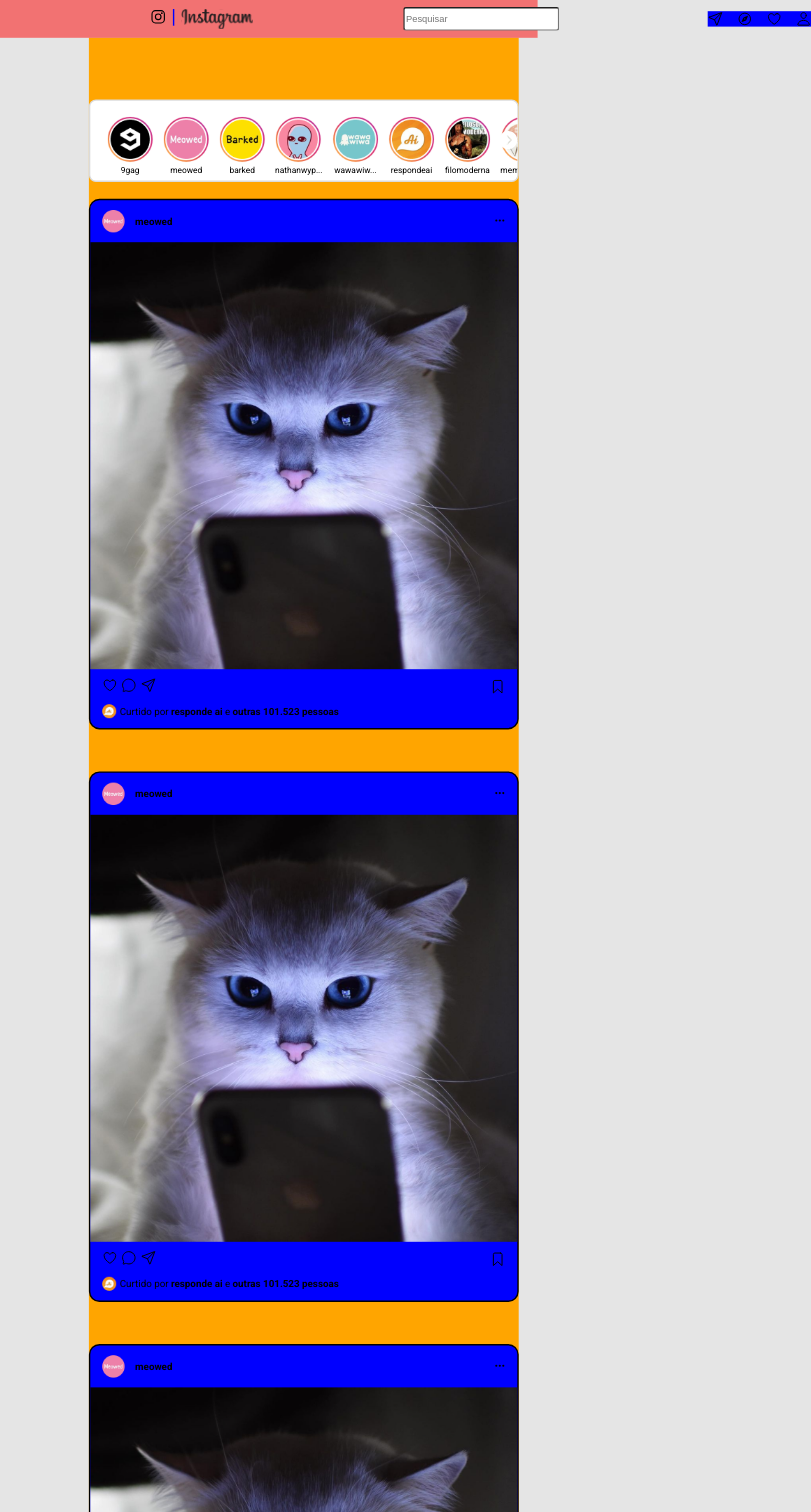
Repository: Zezinoo/proj-2-instagram-clone
Page: index.html
An editor plug-in stored every save of this project. The page is shown before and after the next save, followed by the edit.
The browser window is 768 px wide. The page is 1159 px wide, so the pictures cover 1159 px, including what lies to the right of the window. The pictures show the part of the page from y = 0 to 2160 px (the page is 2738 px tall), at 70% of full size.
Some web libraries are served in a nearby version.

Above is the page before, as saved 2022-06-05 03:31:21.

### index.html
<!DOCTYPE html>
<html lang="en">
<head>
    <meta charset="UTF-8">
    <meta http-equiv="X-UA-Compatible" content="IE=edge">
    <meta name="viewport" content="width=device-width, initial-scale=1.0">
    <link rel="stylesheet" href="reset.css">
    <link rel="stylesheet" href="style.css">
    <link rel="preconnect" href="https://fonts.googleapis.com">
    <link rel="preconnect" href="https://fonts.gstatic.com" crossorigin>
    <link href="https://fonts.googleapis.com/css2?family=Encode+Sans:wght@100;200;300;400;500;600;700&family=Roboto:ital,wght@0,100;0,300;0,400;0,500;0,700;1,100;1,300;1,400;1,500&display=swap" rel="stylesheet">
    <title>Instagram</title>
</head>
<body>
<div class="top">
    <div class = "align-top">
        <div class = "logo">
            <ion-icon name="logo-instagram" style="font-size:22px"></ion-icon>
        <div class="vertical-line"></div>
            <img src="./imgs/logo 1.svg" alt="">
    </div>
        <div class="search-bar">
            <input type="text" placeholder="Pesquisar">
        </div>
    <div class="top-icons">
        <ion-icon name="paper-plane-outline"></ion-icon>
        <ion-icon name="compass-outline"></ion-icon>
        <ion-icon name="heart-outline"></ion-icon>
        <ion-icon name="person-outline"></ion-icon>
    </div>
    </div>
</div>
<div class="feed">
    <div class="content">
        <div class="stories">
            <div class="story">
                <img src="./imgs/stories_background 3.png" alt="">
                <div class="user-logo">
                    <img src="./imgs/9gag 1.png" alt="">
                </div>
                <div class="user-name">
                    9gag
                </div>
            </div>
            <div class="story">
                <img src="./imgs/stories_background 3.png" alt="">
                <div class="user-logo">
                    <img src="./imgs/meowed 1.png" alt="">
                </div>
                <div class="user-name">
                    meowed
                </div>
            </div>
            <div class="story">
                <img src="./imgs/stories_background 3.png" alt="">
                <div class="user-logo">
                    <img src="./imgs/barked 1.png" alt="">
                </div>
                <div class="user-name">
                    barked
                </div>
            </div>
            <div class="story">
                <img src="./imgs/stories_background 3.png" alt="">
                <div class="user-logo">
                    <img src="./imgs/nathanwpylestrangeplanet 1.png" alt="">
                </div>
                <div class="user-name">
                    nathanwyp...
                </div>
            </div>
            <div class="story">
                <img src="./imgs/stories_background 3.png" alt="">
                <div class="user-logo">
                    <img src="./imgs/wawawiwacomicsa 1.png" alt="">
                </div>
                <div class="user-name">
                    wawawiw...
                </div>
            </div>
            <div class="story">
                <img src="./imgs/stories_background 3.png" alt="">
                <div class="user-logo">
                    <img src="./imgs/respondeai 1.png" alt="">
                </div>
                <div class="user-name">
                    respondeai
                </div>
            </div>
            <div class="story">
                <img src="./imgs/stories_background 3.png" alt="">
                <div class="user-logo">
                    <img src="./imgs/filomoderna 1.png" alt="">
                </div>
                <div class="user-name">
                    filomoderna
                </div>
            </div>
            <div class="story">
                <img src="./imgs/stories_background 3.png" alt="">
                <div class="user-logo">
                    <img src="./imgs/memeriagourmet 1.png" alt="">
                </div>
                <div class="user-name">
                    memeriagourmet
                </div>
                <div class="arrow">
                    <ion-icon name="chevron-forward-circle"></ion-icon>
                </div>
            </div>
        </div>
        <div class="post">
            <div class="info">
                <div class="op">
                    <img src="./imgs/meowed 2.png" alt="">
                    <div class="op-name">
                    meowed
                    </div>
                </div>
                <div class="dots">
                    <ion-icon name="ellipsis-horizontal"></ion-icon>
                </div>
            </div>
            <img src="./imgs/gato-telefone 1.png" alt="">
            <div class="bottom">
                <div class="post-icons">
                    <div class="left-icons">
                        <ion-icon name="heart-outline"></ion-icon>
                        <ion-icon name="chatbubble-outline"></ion-icon>
                        <ion-icon name="paper-plane-outline"></ion-icon>
                    </div>
                    <ion-icon name="bookmark-outline"></ion-icon>
                </div>
                <div class="comments">
                    <div class="follow-image">
                        <img src="./imgs/respondeai 2.png" alt="">
                    </div>
                    <div class="comment-message">
                        <p>Curtido por <strong>responde ai</strong> e <strong>outras 101.523 pessoas</strong></p>
                    </div>
                </div>
            </div>
        </div>
        <div class="post">
            <div class="info">
                <div class="op">
                    <img src="./imgs/meowed 2.png" alt="">
                    <div class="op-name">
                    meowed
                    </div>
                </div>
                <div class="dots">
                    <ion-icon name="ellipsis-horizontal"></ion-icon>
                </div>
            </div>
            <img src="./imgs/gato-telefone 1.png" alt="">
            <div class="bottom">
                <div class="post-icons">
                    <div class="left-icons">
                        <ion-icon name="heart-outline"></ion-icon>
                        <ion-icon name="chatbubble-outline"></ion-icon>
                        <ion-icon name="paper-plane-outline"></ion-icon>
                    </div>
                    <ion-icon name="bookmark-outline"></ion-icon>
                </div>
                <div class="comments">
                    <div class="follow-image">
                        <img src="./imgs/respondeai 2.png" alt="">
                    </div>
                    <div class="comment-message">
                        <p>Curtido por <strong>responde ai</strong> e <strong>outras 101.523 pessoas</strong></p>
                    </div>
                </div>
            </div>
        </div>
        <div class="post">
            <div class="info">
                <div class="op">
                    <img src="./imgs/meowed 2.png" alt="">
                    <div class="op-name">
                    meowed
                    </div>
                </div>
                <div class="dots">
                    <ion-icon name="ellipsis-horizontal"></ion-icon>
                </div>
            </div>
            <img src="./imgs/gato-telefone 1.png" alt="">
            <div class="bottom">
                <div class="post-icons">
                    <div class="left-icons">
                        <ion-icon name="heart-outline"></ion-icon>
                        <ion-icon name="chatbubble-outline"></ion-icon>
                        <ion-icon name="paper-plane-outline"></ion-icon>
                    </div>
                    <ion-icon name="bookmark-outline"></ion-icon>
                </div>
                <div class="comments">
                    <div class="follow-image">
                        <img src="./imgs/respondeai 2.png" alt="">
                    </div>
                    <div class="comment-message">
                        <p>Curtido por <strong>responde ai</strong> e <strong>outras 101.523 pessoas</strong></p>
                    </div>
                </div>
            </div>
        </div>
    </div>
    <div class="sidebar">
        <div class="user">
            <img src="./imgs/catanacomics 1.png" alt="">
            <div class="user-info">
                <div class="username">
                    catanacomics
                </div>
                <div class="name">
                    Catana
                </div>
            </div>
        </div>
        <div class="suggestion-text">
            <div class="recommended">
                Sugestões para voce
            </div>
            <div class="for-you">
                Ver tudo
            </div>
        </div>
        <div class="suggestion">
            <div class="suggestion-user">
                <img src="./imgs/badvibesmemes 1.png" alt="">
                <div class="user-info">
                    <div class="username">
                        bad.vibes.memes
                    </div>
                    <div class="name">
                        Segue você
                    </div>
                </div>
            </div>
            <div class="follow">
                Seguir
            </div>
        </div>
        <div class="suggestion">
            <div class="suggestion-user">
                <img src="./imgs/badvibesmemes 1.png" alt="">
                <div class="user-info">
                    <div class="username">
                        bad.vibes.memes
                    </div>
                    <div class="name">
                        Segue você
                    </div>
                </div>
            </div>
            <div class="follow">
                Seguir
            </div>
        </div>
        <div class="suggestion">
            <div class="suggestion-user">
                <img src="./imgs/badvibesmemes 1.png" alt="">
                <div class="user-info">
                    <div class="username">
                        bad.vibes.memes
                    </div>
                    <div class="name">
                        Segue você
                    </div>
                </div>
            </div>
            <div class="follow">
                Seguir
            </div>
        </div>
        <div class="suggestion">
            <div class="suggestion-user">
                <img src="./imgs/badvibesmemes 1.png" alt="">
                <div class="user-info">
                    <div class="username">
                        bad.vibes.memes
                    </div>
                    <div class="name">
                        Segue você
                    </div>
                </div>
            </div>
            <div class="follow">
                Seguir
            </div>
        </div>
        <div class="suggestion">
            <div class="suggestion-user">
                <img src="./imgs/badvibesmemes 1.png" alt="">
                <div class="user-info">
                    <div class="username">
                        bad.vibes.memes
                    </div>
                    <div class="name">
                        Segue você
                    </div>
                </div>
            </div>
            <div class="follow">
                Seguir
            </div>
        </div>
        <div class="help-text">
            <p>Sobre • Ajuda • Imprensa • API • Carreiras • Privacidade •
                Termos • Localizações • Contas mais relevantes • Hashtags •
                Idioma</p>
        </div>
        <div class="trademark">
            <p>© 2021 INSTAGRAM DO FACEBOOK</p>
        </div>
    </div>
</div>
<script src="https://unpkg.com/ionicons@5.4.0/dist/ionicons.js"></script>

</body>
</html>

### style.css

body{
    background-color: #e5e5e5;
    display: flex;
    flex-direction: column;
    align-items: center;
    justify-content: center;
    font-family: 'Roboto', sans-serif;
}


.top {
    width: 100%;
    height: 54px;
    display: flex;
    flex-direction: row;
    justify-content: space-around;
    align-items: center;
    background-color: rgba(255, 0, 0, 0.5);
    position: relative;
    z-index: 1;
}

.align-top{
    display: flex;
    flex-direction: row;
    align-items: center;
    justify-content: space-between;
    position: absolute;
    left: 215px;
    z-index: 1;
}

.logo{
    display: flex;
    position: relative;
    align-items: flex-start;
    width: 100%;
    margin-right: 214px;
}

.vertical-line{
    height: 22px;
    margin: 0 10px;
    border: blue 1px solid;
}

.search-bar{
    margin-right: 212px;
}

.search-bar input{
    height: 28px;
    width: 215px;
    border-radius: 4px;
}

.top-icons{
    width: 100%;
    display: flex;
    flex-direction:row;
    justify-content:space-between;
    background-color:blue;
}

.top-icons ion-icon{
    font-size: 22px;
    margin-right: 20px;
}
.top-icons ion-icon:nth-child(4){
    margin-right: 0px;
}

.feed {
    display: flex;
    flex-direction: row;
    position: absolute;
    top: 54px;
    left: 215px;
}


.content{
    display: flex;
    flex-direction: column;
    background-color: orange;
}

strong{
    font-weight: bold;
}

.stories{
    margin-top: 88px;
    margin-bottom: 24px;
    width: 614px;
    height:118px;
    display: flex;
    flex-direction: row;
    align-items: center;
    position: relative;
    justify-content: flex-start;
    background-color: #FFFFFF;
    overflow: hidden;
    border-radius: 10px;
    border: 2px solid #DBDBDB;
    box-sizing: border-box;
}
.stories .story:nth-child(1){
    margin-left:24px;
}

.story{
    display: flex;
    flex-direction: column;
    justify-content: center;
    margin-right: 14px;
    margin-top: 20px;
    position: relative;
}

.story img{
    width: 66px;
    height: 66px;
}

.story .user-logo{
    display: flex;
    position: absolute;
    top: 5px;
    left: 5px;
    z-index: 1;
}

.story .user-name{
    margin-top: 5px;
    display: flex;
    justify-content: center;
    height: 19px;
    font-size: 12px;
}

.user-logo img{
    width: 56px;
    height: 56px;
}

.arrow {
    position: absolute;
    top: 18px;
    left: -5px;
    font-size: 32px;
    z-index: 3;
    color: #FFFFFF ;
    text-shadow: 60px -16px green;
}

.post{
    background-color: blue;
    display: flex;
    flex-direction: column;
    width: 614px;
    border: 2px solid ;
    border-radius: 15px;
    box-sizing: border-box;
    margin-bottom: 60px;

}

.post .info {
    height: 60px;
    display: flex;
    align-items: center;
    justify-content: space-between;
}

.post .info .op{
    display: flex;
    flex-direction: row;
    box-sizing: border-box;
    margin-left: 17px;
    justify-content: space-evenly;
    align-items: center;
}

.op .op-name{
    margin-left: 15px;
    font-weight: bold;
    font-size: 14px;
}

.info .dots{
    margin-right: 17px;
    font-size: 16px;
}

.post .bottom{
    margin: 0 17px;
    margin-top: 10px;
}

.bottom .post-icons{
    height: 30px;
    font-size: 22px;
    display: flex;
    justify-content: space-between;
    align-items: center;
}

.post-icons .left-icons{
    margin-right: 14px;
}

.bottom .comments{
    display: flex;
    align-items: center;
    margin-top: 10px;
    margin-bottom: 14px;
}
.comments .follow-image{
    height: 20px;
    width: 20px;
    margin-right: 5px;
}
.follow-image img{
    width: 100%;
    height: 100%;
}

.comments .comment-message{
    font-size: 14px;
}

.sidebar{
    background-color: green;
    margin-left: 38px;
    width: 293px;
    height: 100%;
    box-sizing: border-box;
}

.sidebar .user{
    height: 56px;
    display: flex;
    align-items: center;
    margin-bottom: 24px;
}

.user .user-info{
    margin-left: 17px;
    display: flex;
    flex-direction: column;
    font-size: 14px;
}
.user-info .username{
    font-weight: bold;
}

.user-info .name{
    color: #8E8E8E;
}

.sidebar .suggestion-text{
    display: flex;
    justify-content: space-between;
    margin-bottom: 17px;
    font-size: 12px;
}

.suggestion-text .recommended{
    color: #8E8E8E;
}

.suggestion-text .for-you{
    font-weight: bold;
}

.sidebar .suggestion{
    display: flex;
    justify-content: space-between;
    align-items: center;
    margin-bottom: 16px;
}
.suggestion-user{
    display: flex;
    align-items: center;
}

.suggestion-user .user-info{
    margin-left: 17px;
    display: flex;
    flex-direction: column;
    font-size: 12px;
}
.user-info .username{
    font-weight: bold;
}

.user-info .name{
    color: #8E8E8E;
}

.suggestion .follow {
    font-size: 12px;
    color: #139EF2;
}

.suggestion:nth-child(7){
    margin-bottom: 0px;
}

.sidebar .help-text{
    margin-top: 33px;
    margin-bottom: 18px;
    font-size: 11px;
    color: #C7C7C7;
}

.sidebar .trademark{
    font-size: 11px;
    color: #C7C7C7;
}

@media(max-width:935px){
    .sidebar{
        display: none;
    }
    .feed{
        position: static;
        margin-left: 100px;
    }
}

/*fix top*/

Loaded but not shown: reset.css (common file)

After the next save:
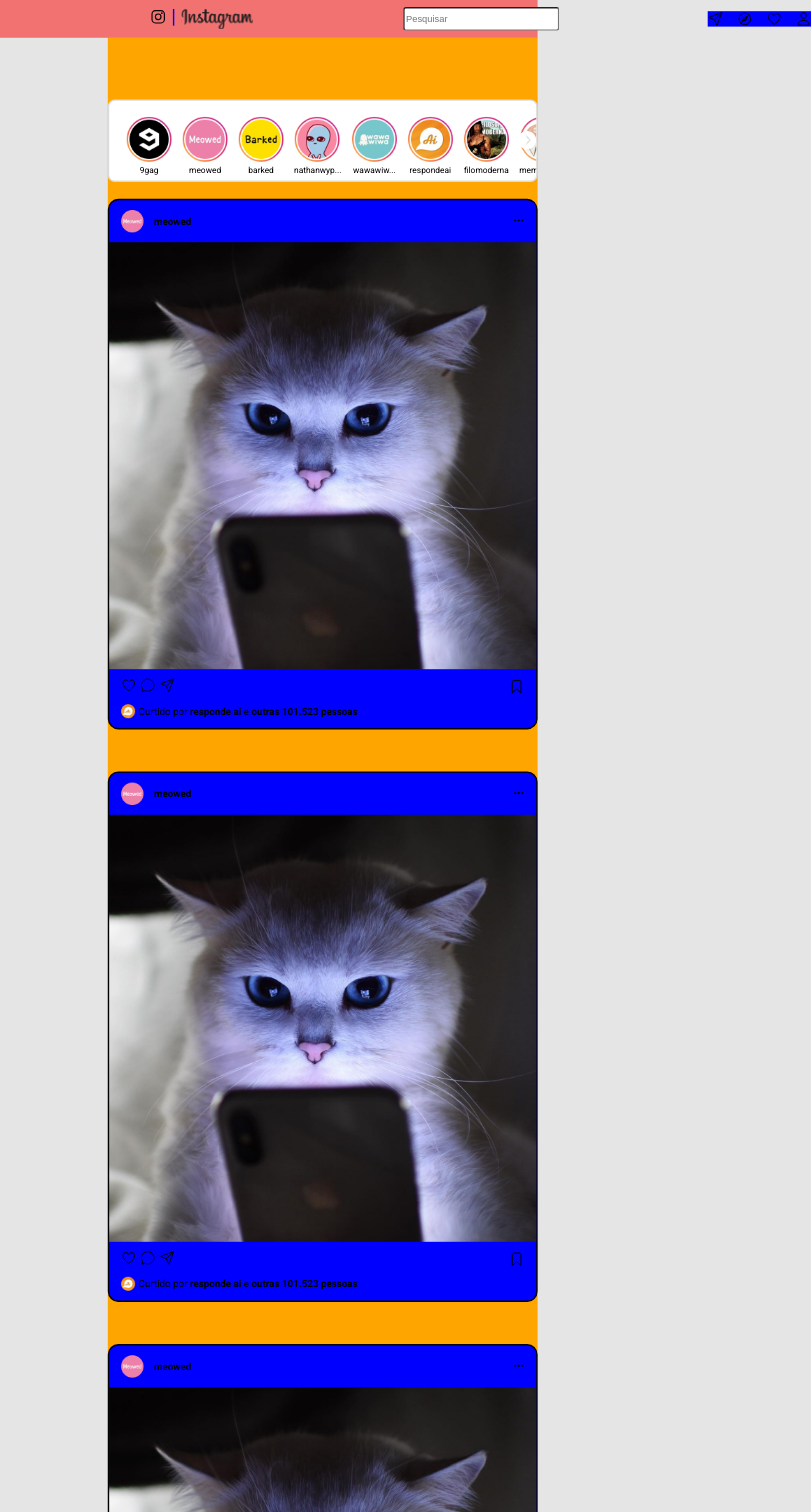
Saved 8 s later.
--- a/style.css
+++ b/style.css
@@ -327,7 +327,7 @@
     }
     .feed{
         position: static;
-        margin-left: 100px;
+        margin-left: auto;
     }
 }
 
